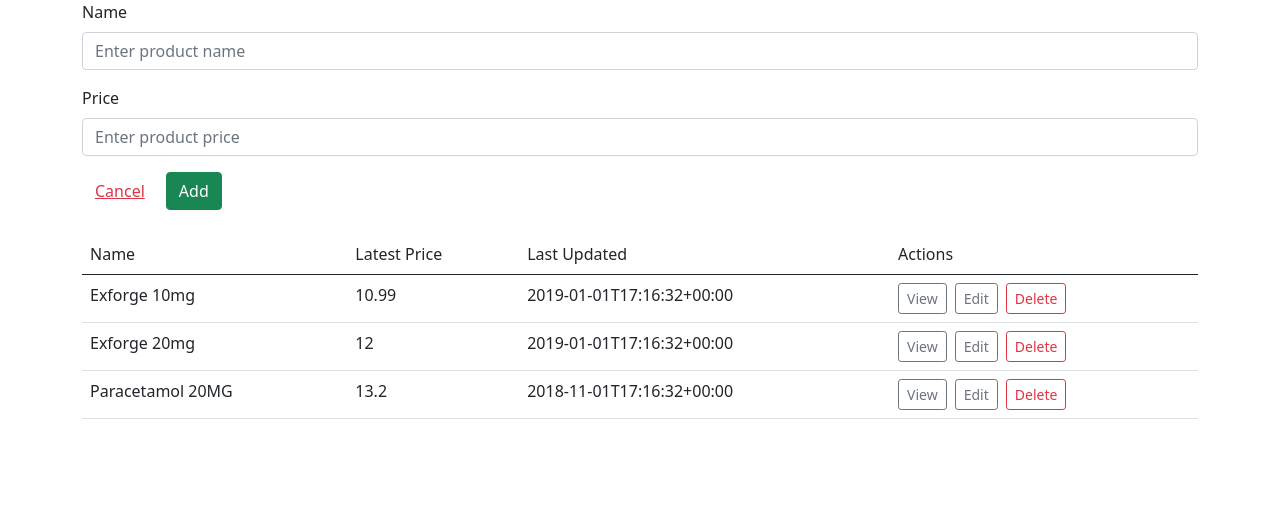
Repository: tHEO2k17/inventory-manager
Page: /
An editor plug-in stored every save of this project. The page is shown before and after the next save, followed by the edit.
The browser window is 1280 px wide. The pictures show the whole page.
The project was rebuilt for these pictures with package versions that can differ from the ones it lists, and the page was loaded fresh each time.

Above is the page before, as saved 2021-08-31 09:14:19.

After the next save:
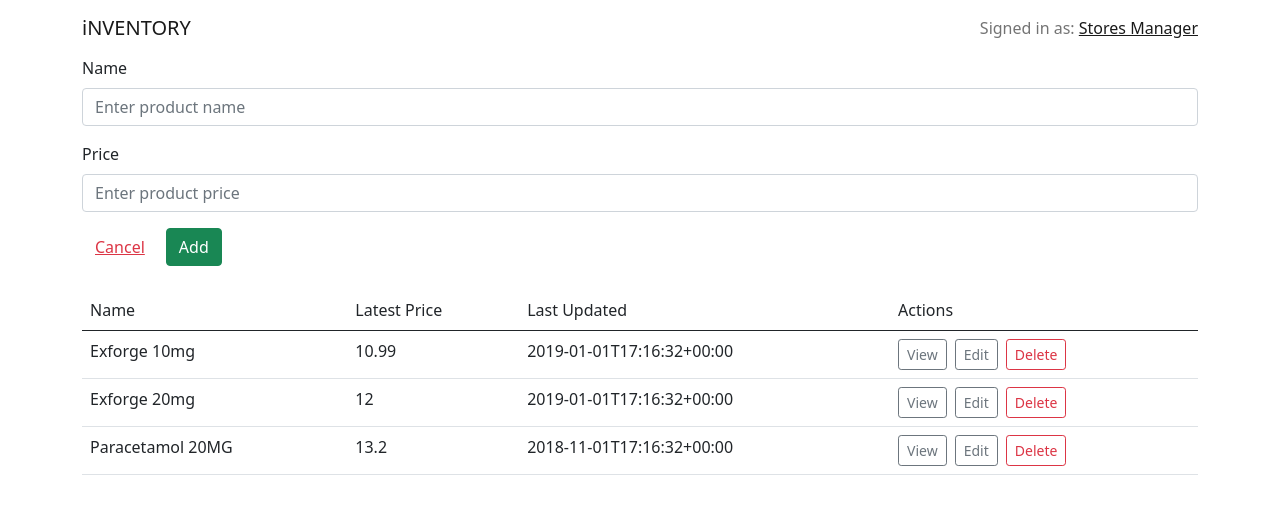
Saved 27 s later.
--- a/src/presentation/pages/ProductsPage.tsx
+++ b/src/presentation/pages/ProductsPage.tsx
@@ -3,6 +3,7 @@ import { Container, Table } from "react-bootstrap";
 import { mock } from "../../core/mock";
 import Product from "../components/Product";
 import ProductForm from "../components/ProductForm";
+import TopBar from "../components/TopBar";
 
 export default class ProductsPage extends Component {
     // constructor(props: any) {
@@ -11,6 +12,8 @@ export default class ProductsPage extends Component {
 
     render() {
         return (
+            <>
+            <TopBar/>
             <Container>
                 <ProductForm/>
                 <br/>
@@ -30,6 +33,7 @@ export default class ProductsPage extends Component {
                     </tbody>
                 </Table>
             </Container>
+            </>
         );
     }
 }
